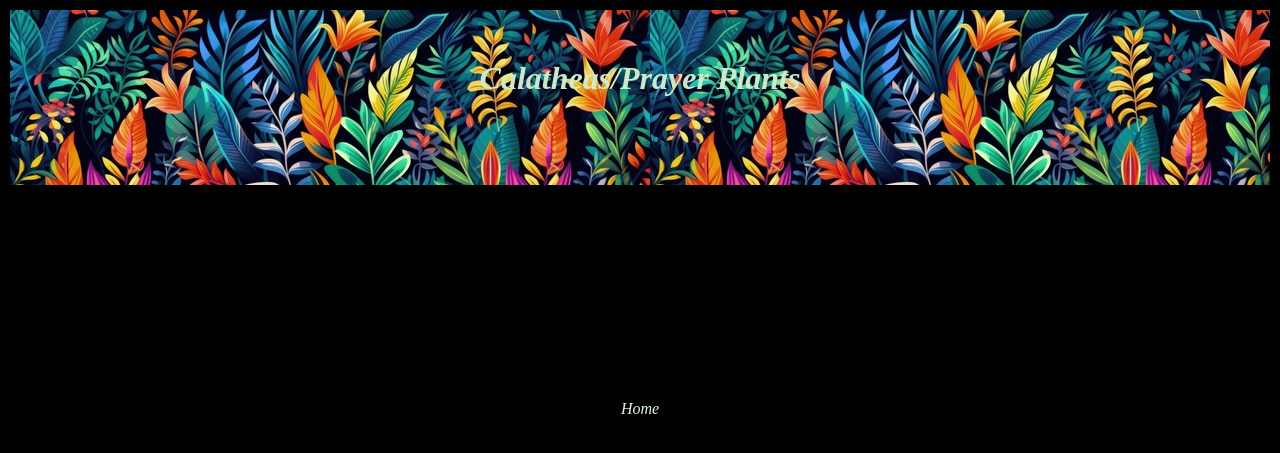
Repository: swillis91/odin-recipies
Page: Planty Page/philodendrons.html
The author's editor kept a copy of each file at every save. The page is drawn from the files as they stood at one save, then again after the next save.
The browser window is 1280 px wide. The pictures show the whole page.

Above is the page before, as saved 2023-08-11 23:13:04.

### Planty Page/philodendrons.html
<!DOCTYPE html>
    <html>
        <head>
            <title>Calatheas</title>
            <link href="style.css" rel="stylesheet"
        </head>
        <body>
            <div class="Header">
            <h1 class="heading">Calatheas/Prayer Plants</h1>
            </div>
            <div class="box">
              <p>Plants of all sizes.</p>
            </div>
            <div class="box">
            <h2 class="species">Calathea/Prayer Plant Care</h2>
            </div>
            <div class="box">
                <p class="care">Philodendrons come in many different shapes and sizes, ranging from tall plants with beautiful frilly leaves, to plants with smaller delicate and fuzzy leaves. These plants are by far the easiest and best suited for beginner plant owners, as they tolerate many different environments.
                <br>
            </p>
            </div>
              </p>
                <!--img src="./Images/makoyana.webp" id="calathea makoyana" width="700px"-->
            <footer>
                <nav>
                    <a href="./index.html" class="navigation">Home</a>

                </nav>
            </footer>
        </body>
    </html>

### Planty Page/style.css
body{
    background-color: rgb(0, 0, 0);
    color:black;
    text-align: center;
    font-family:cursive;
    font-style: oblique;
}

.heading{
    color: rgba(207, 239, 207, 0.974);
    border: 2px solid rgb(0, 3, 3);
    background-image: url('Images/banner.jpg');
    height: 75px;
    margin: 0 auto;
    padding:50px 20px;

}

div.box{
    border:2px solid black;
    display: flex;
    margin-left: auto;
    flex-direction:column;
}

#calathea-makoyana{
    width: 500px;
    Height: auto:
}

.navigation{
    color:rgb(216, 247, 217);
    text-decoration: none;
}

After the next save:
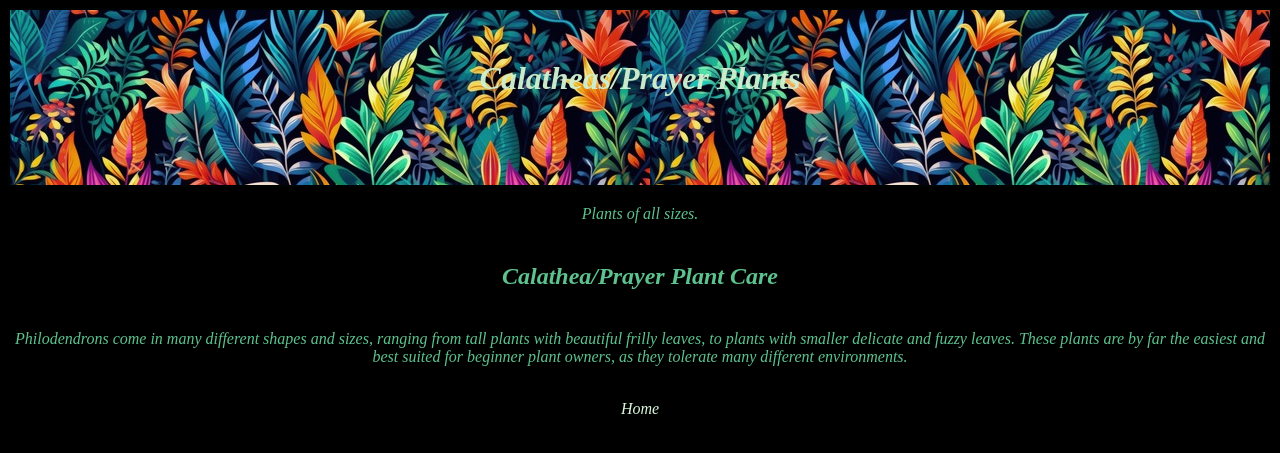
Saved 30 s later.
--- a/Planty Page/style.css
+++ b/Planty Page/style.css
@@ -1,6 +1,6 @@
 body{
     background-color: rgb(0, 0, 0);
-    color:black;
+    color:rgb(93, 194, 142);
     text-align: center;
     font-family:cursive;
     font-style: oblique;
